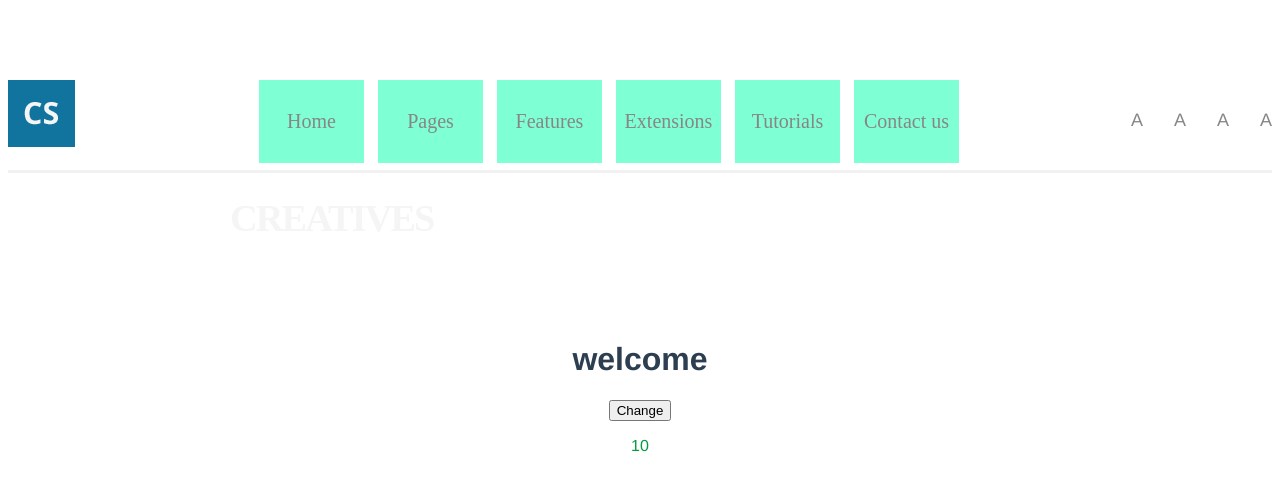
Repository: joker506/Creatives
Page: /
An editor plug-in stored every save of this project. The page is shown before and after the next save, followed by the edit.
The browser window is 1280 px wide. The pictures show the whole page.
The project was rebuilt for these pictures with package versions that can differ from the ones it lists, and the page was loaded fresh each time.

Above is the page before, as saved 2020-03-29 18:12:03.

### src/App.vue
<template>
  <div id="app">
<HeaderApp />

    <HelloWorld
    @clicks="clickUp($event)"
       :msg=msg
       :counter=counter />
  </div>
</template>

<script>
import HelloWorld from './components/HelloWorld.vue'
import HeaderApp from './components/HeaderApp.vue'

export default {
  name: 'App',
  data(){
    return{
    msg:"welcome",
    counter:10
    }
  },
  components: {
    HelloWorld,
    HeaderApp
  },
  methods:{
    clickUp(event){
      console.log("click")
      this.counter=event
    }
  }
}
</script>

<style>
#app {
  font-family: Avenir, Helvetica, Arial, sans-serif;
  -webkit-font-smoothing: antialiased;
  -moz-osx-font-smoothing: grayscale;
  text-align: center;
  color: #2c3e50;
  margin-top: 60px;
}
</style>

### src/components/HelloWorld.vue
<template>
  <div class="hello">
    <h1>{{ msg }} </h1>
   <button @click="clickDown">Change</button>
   <p>{{counter}}</p>
  </div>
</template>

<script>
export default {
  name: 'HelloWorld',
  props: {
    msg: String,
    counter:Number

  },
  methods:{
    clickDown(){
      console.log("Your Click!")
      this.$emit("clicks",this.counter+1)

    }
  }
}
</script>

<style scoped>
h3 {
  margin: 40px 0 0;
}
ul {
  list-style-type: none;
  padding: 0;
}
li {
  display: inline-block;
  margin: 0 10px;
}
a {
  color: #42b983;
}
p{
  color:rgb(3, 156, 62);
}
</style>

### src/components/HeaderApp.vue
<template>

<header class="header">

<div class="header__top">
<a class="logo" href="#">
    <img src="src/assets/logo1.png" alt="logo">
</a>

<nav class="main-nav">
    <ul class="main-nav__items">
        <li class="item">
            <a href="#">Home</a> </li>
        <li class="item">
            <a href="#">Pages</a> </li>
        <li class="item">
            <a href="#">Features</a> </li>
        <li class="item">
            <a href="#">Extensions</a> </li>
        <li class="item">
            <a href="#">Tutorials</a> </li>
        <li class="item">
            <a href="#">Contact us</a> </li>
    </ul>
</nav>

<div class="social">
    <ul class="social__items">
        <li class="social__item"><a href="#">A</a></li>
        <li class="social__item"><a href="#">A</a></li>
        <li class="social__item"><a href="#">A</a></li>
        <li class="social__item"><a href="#">A</a></li>
    </ul>
</div>

</div>
<div class="header__main">

<h1 class="title">
    <img src="src/assets/Creatives.svg" alt="">
</h1>

</div>


</header>

</template>

<script>
export default {
    name:'HeaderApp',

}
</script>

<style lang="scss">
.header{
    margin: 0;
    padding: 0;
    padding-top: 20px;
    font-size: 18px;
    //background-image: url('src/assets/Layer96.jpg');
    background-repeat: no-repeat;
}

.header__top{
    display: flex;
    justify-content: space-between;
    width: 100%;
    height: 90px;
    border-bottom: 3px solid hsla(0, 0%, 47%, 0.1);

}
.wrapper{
    width: 1100px;
}
.logo {
    list-style: none;
    cursor: pointer;
    color: #000000 ;
    &>img{
    width:79px;
    height:75px;
    }
}

.main-nav{
//border: 1px solid greenyellow;
}
.main-nav__items{
padding: 0;
margin: 0;
display: flex;
justify-content: space-between;
 width: 700px;
height: 85px;
}
.item{
    width: 105px;
    height: 83px;
    list-style: none;
    font-family: "Myriad Pro";
    font-size: 20px;
    font-weight: 400;
    color: #ffffff;
    background-color:aquamarine;
    &:hover{
        border-bottom: 6px solid #11749e;
    }
    &>a{
        display: block;
        padding-top: 30px;
        height: 50px;
        text-decoration: none;
        color: #868686;
    &:hover{
        color: blue;
    }

    }
}
.social{
width: 141px;
}
.social__items{margin: 0;
padding: 0;
    display: flex;
    justify-content: space-between;
    list-style: none;
}

.social__item{
}
.social__item>a{
    display: block;
    padding-top: 30px;
    height: 50px;
    color: #868686;
    text-decoration: none;
}

</style>

Loaded but not shown: public/index.html (common file); src/main.js (common file)

After the next save:
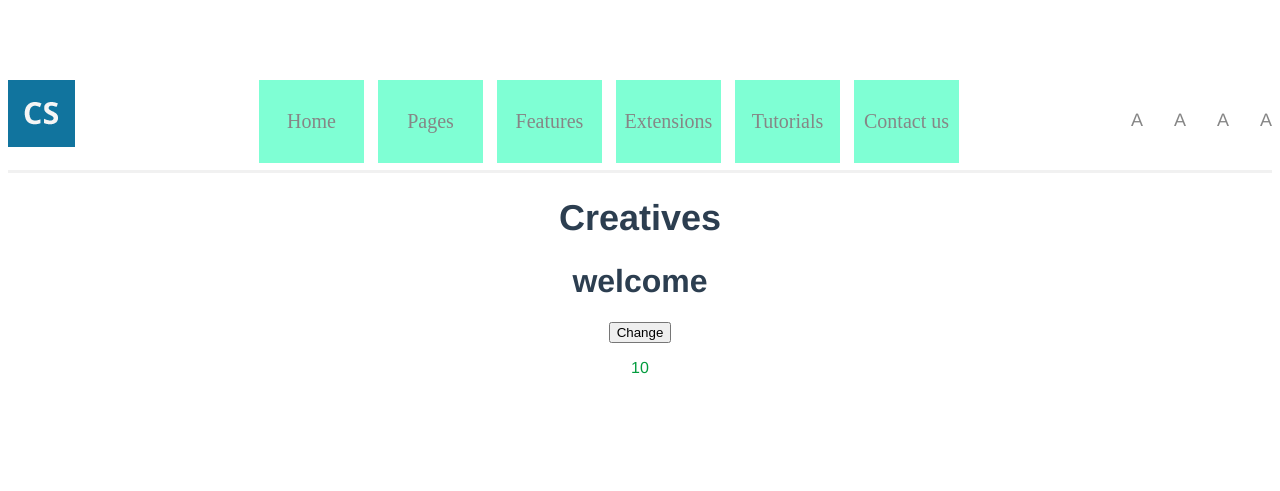
Saved 2 min 40 s later.
--- a/src/components/HeaderApp.vue
+++ b/src/components/HeaderApp.vue
@@ -36,9 +36,8 @@
 </div>
 <div class="header__main">
 
-<h1 class="title">
-    <img src="src/assets/Creatives.svg" alt="">
-</h1>
+<h1 class="title">Creatives</h1>
+<p class=""></p>
 
 </div>
 
